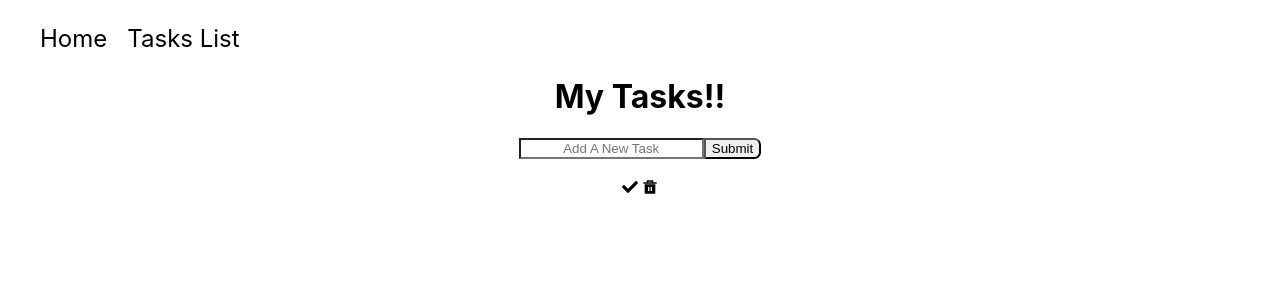
Repository: runner855/abstract_todolist
Page: /, after clicking the first element matching `button`
An editor plug-in stored every save of this project. The page is shown before and after the next save, followed by the edit.
The browser window is 1280 px wide. The pictures show the whole page.
The project was rebuilt for these pictures with package versions that can differ from the ones it lists, and the page was loaded fresh each time.

Above is the page before, as saved 2022-11-09 09:46:00.

### src/App.tsx
import React, { useState, useEffect } from "react";
import { Header } from "./Header";
import { RiDeleteBin5Fill } from "react-icons/ri";
import { FaCheck } from "react-icons/fa";

import "./App.css";

export const App = () => {
  const [value, setValue] = useState<string>("");
  const [list, setList] = useState<string[]>([]);

  return (
    <div className="App">
      <Header />
      <h1>My Tasks!!</h1>
      <div className="textbox">
        <input
          type="text"
          placeholder="Add A New Task"
          onChange={(e) => setValue(e.target.value)}
          value={value}
        ></input>

        <button
          onClick={() => {
            setList([...list, value]);
            setValue("");
          }}
        >
          Submit
        </button>

        <div className="todo-container">
          {list.map((item, index) => {
            return (
              <div className={`single-task `} key={`${item}-${index}`}>
                <br></br>
                <FaCheck /> {item} <RiDeleteBin5Fill />
              </div>
            );
          })}
        </div>
      </div>
    </div>
  );
};

### src/Header.tsx
import * as React from "react";
import "./Header.css";

export const Header = () => {
  return (
    <div className="home">
      <ul>
        <li>Home</li>
        <li>Tasks List</li>
      </ul>
    </div>
  );
};

### src/App.css
h1{
  text-align: center;
}

input {
  text-align: center;
  border-radius: 0em;
}

.textbox{
  text-align: center;
}

button {
  border-radius: 0em 0.5em 0.5em 0em;
}

### src/Header.css
ul{
   text-align: left;
   list-style: none;
   font-size: 1.5em;
   display: flex;

}
ul li {
    margin-right: 20px;
}

Loaded but not shown: public/index.html (common file); src/index.tsx (common file); src/index.css (common file)

After the next save:
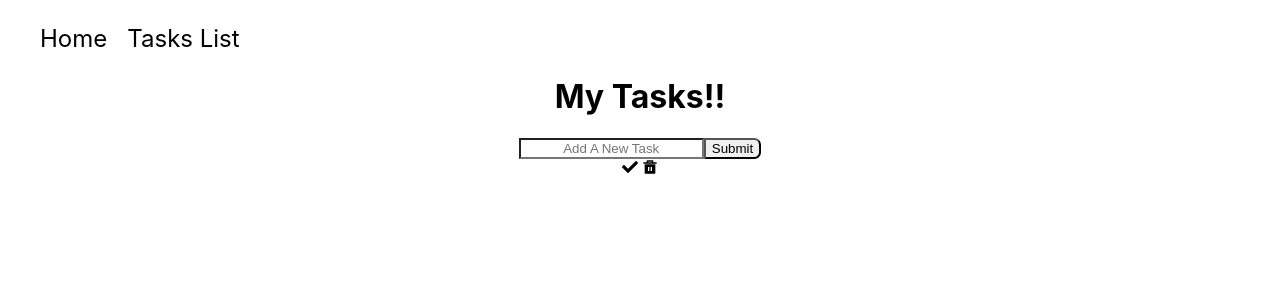
Saved 2 min 22 s later.
--- a/src/App.tsx
+++ b/src/App.tsx
@@ -34,7 +34,6 @@ export const App = () => {
           {list.map((item, index) => {
             return (
               <div className={`single-task `} key={`${item}-${index}`}>
-                <br></br>
                 <FaCheck /> {item} <RiDeleteBin5Fill />
               </div>
             );
